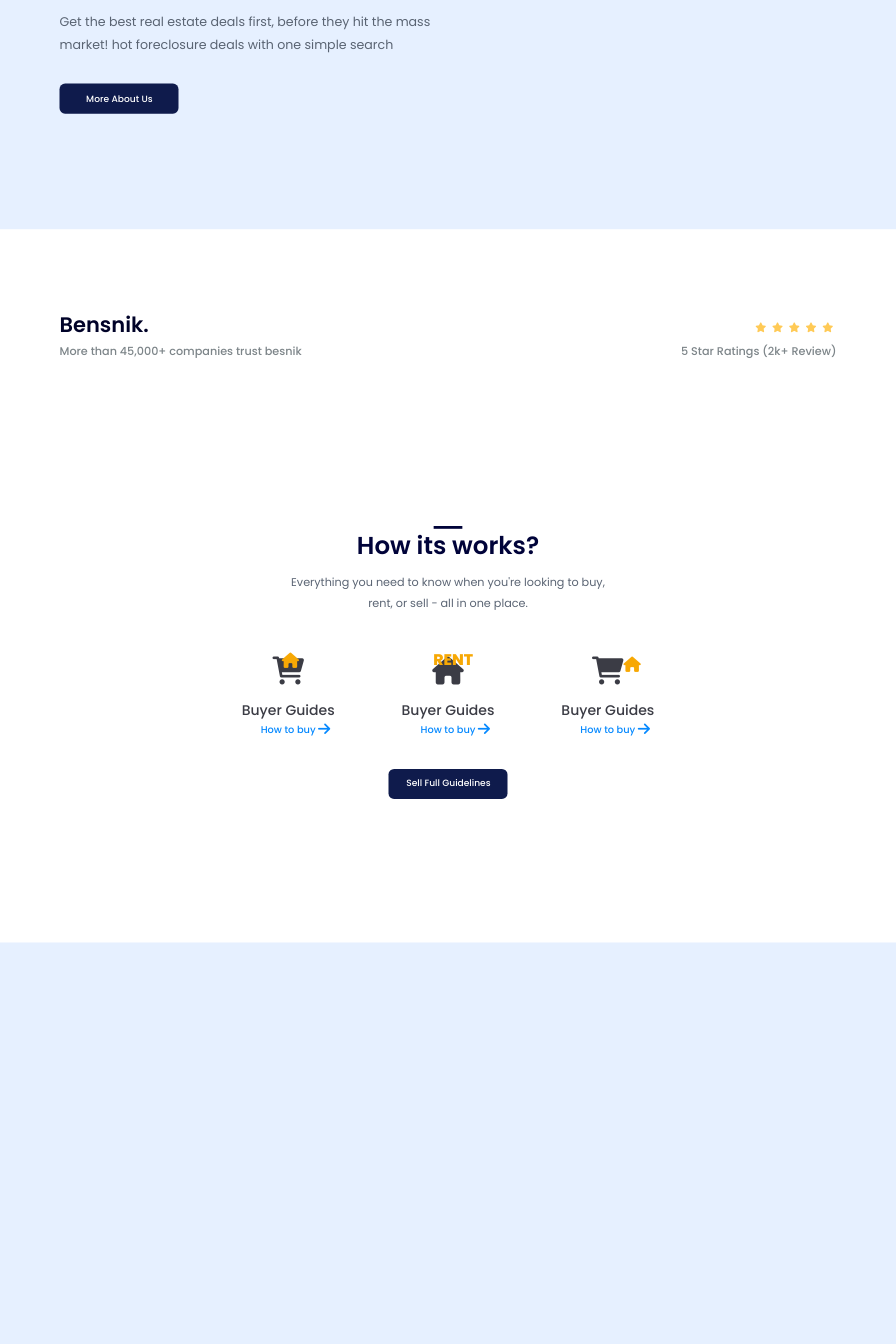
Repository: kauittt/f8-htmlcss-01
Page: index.html
These files come from the project's save history. The page is drawn as it stood at one moment and after a run of saves; the edit follows.
The browser window is 1280 px wide. The pictures show the part of the page from y = 409 to 2329 px (the page is 3771 px tall), at 70% of full size.

Above is the page before, as saved 2022-12-31 21:02:19.

After the next 2 saves:
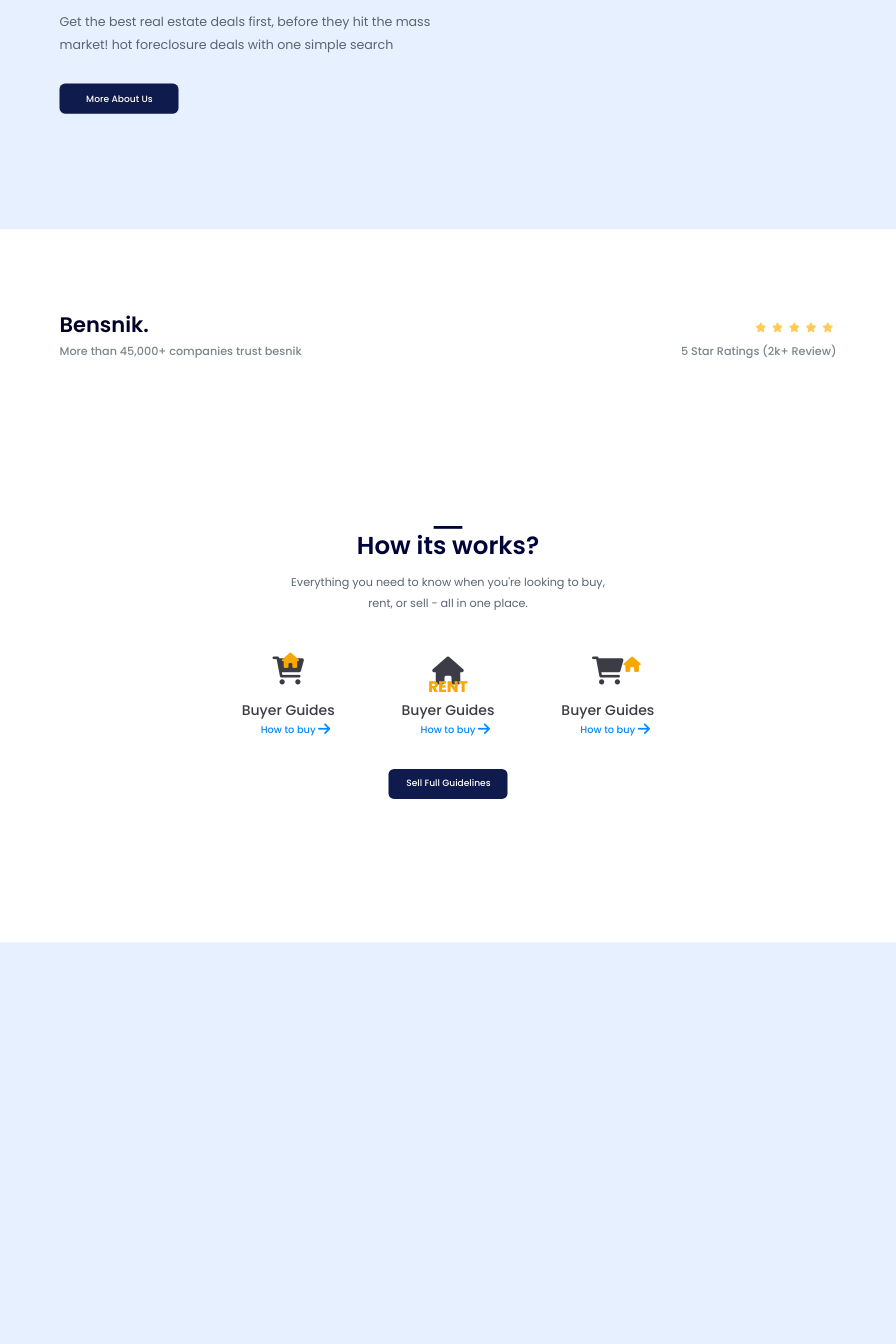
The 2 saves are shown as one change because they came seconds apart.
The last was saved 69 s later.
--- a/assets/css/styles.css
+++ b/assets/css/styles.css
@@ -223,8 +223,8 @@ body {
 
 .desc-guide-item__childIcon--bottomCenter {
     left: 50%;
-    transform: translateX(-37%);
-    top: -6px;
+    transform: translateX(-50%);
+    bottom: 5.6rem;
 }
 
 .desc-guide-item__name {
